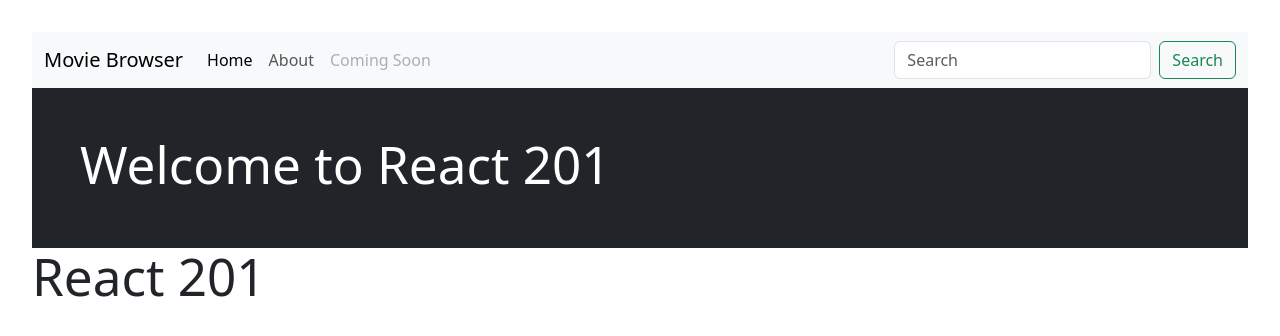
Repository: blordeus/movie-search-browser
Page: / (app in movie-browser/)
These files come from the project's save history. The page is drawn as it stood at one moment and after the next save; the edit follows.
The browser window is 1280 px wide. The pictures show the whole page.
The project was rebuilt for these pictures with package versions that can differ from the ones it lists, and the page was loaded fresh each time. Also part of the build but not shown: movie-browser/vite.config.js, movie-browser/src/components/About.jsx.

Above is the page before, as saved 2023-09-03 15:12:25.

### movie-browser/index.html
<!doctype html>
<html lang="en">
  <head>
    <meta charset="UTF-8" />
    <link rel="icon" type="image/svg+xml" href="/vite.svg" />
    <meta name="viewport" content="width=device-width, initial-scale=1.0" />
    <link href="https://cdn.jsdelivr.net/npm/bootstrap@5.3.1/dist/css/bootstrap.min.css" rel="stylesheet" integrity="sha384-4bw+/aepP/YC94hEpVNVgiZdgIC5+VKNBQNGCHeKRQN+PtmoHDEXuppvnDJzQIu9" crossorigin="anonymous">
    <title>Movie Browser</title>
  </head>
  <body>
    <div id="root"></div>
    <script type="module" src="/src/main.jsx"></script>
  </body>
</html>

### movie-browser/src/App.jsx
import './App.css'
import Home from './components/Home';
import NavBar from './components/Navbar';
import About from './components/About';
import Hero from './components/Hero';
import { Routes, Route } from 'react-router-dom';

function App() {

  return (
    <>
      <NavBar/>
      <Routes>
        <Route path='/' element={<Home/>}/>
        <Route path='/about' element={<About/>}/>
      </Routes>
    </>
  )
}

export default App

### movie-browser/src/index.css
:root {
  font-family: Inter, system-ui, Avenir, Helvetica, Arial, sans-serif;
  line-height: 1.5;
  font-weight: 400;

  color-scheme: light dark;
  color: rgba(255, 255, 255, 0.87);

  font-synthesis: none;
  text-rendering: optimizeLegibility;
  -webkit-font-smoothing: antialiased;
  -moz-osx-font-smoothing: grayscale;
  -webkit-text-size-adjust: 100%;
}

a {
  font-weight: 500;
  color: #646cff;
  text-decoration: inherit;
}
a:hover {
  color: #535bf2;
}

body {
  margin: 0;
}

h1 {
  font-size: 3.2em;
  line-height: 1.1;
}

button {
  border-radius: 8px;
  border: 1px solid transparent;
  padding: 0.6em 1.2em;
  font-size: 1em;
  font-weight: 500;
  font-family: inherit;
  background-color: #1a1a1a;
  cursor: pointer;
  transition: border-color 0.25s;
}
button:hover {
  border-color: #646cff;
}
button:focus,
button:focus-visible {
  outline: 4px auto -webkit-focus-ring-color;
}

@media (prefers-color-scheme: light) {
  :root {
    color: #213547;
    background-color: #ffffff;
  }
  a:hover {
    color: #747bff;
  }
  button {
    background-color: #f9f9f9;
  }
}

### movie-browser/src/components/Home.jsx
import Hero from "./Hero";

const Home = () => {
    return (
      <div>
        <Hero text="Welcome to React 201"/>
        <h1>React 201</h1>
      </div>
    );
  }

  export default Home;

### movie-browser/src/components/Navbar.jsx
import { Link } from "react-router-dom";
const Navbar = () => (
  <nav className="navbar navbar-expand-lg bg-body-tertiary">
    <div className="container-fluid">
      <Link className="navbar-brand" to="/">Movie Browser</Link>
      <button className="navbar-toggler" type="button" data-bs-toggle="collapse" data-bs-target="#navbarSupportedContent" aria-controls="navbarSupportedContent" aria-expanded="false" aria-label="Toggle navigation">
        <span className="navbar-toggler-icon"></span>
      </button>
      <div className="collapse navbar-collapse" id="navbarSupportedContent">
        <ul className="navbar-nav me-auto mb-2 mb-lg-0">
          <li className="nav-item">
            <Link className="nav-link active" aria-current="page" to="/">Home</Link>
          </li>
          <li className="nav-item">
            <Link className="nav-link" to="/about">About</Link>
          </li>
          <li className="nav-item">
            <Link className="nav-link disabled" aria-disabled="true">Coming Soon</Link>
          </li>
        </ul>
        <form className="d-flex" role="search">
          <input className="form-control me-2" type="search" placeholder="Search" aria-label="Search"/>
          <button className="btn btn-outline-success" type="submit">Search</button>
        </form>
      </div>
    </div>
  </nav>
);

export default Navbar;

### movie-browser/src/components/Hero.jsx
const Hero = ({text}) => {
    return (
        <header className="bg-dark text-white p-5">
            <h1>{text}</h1>
        </header>
    );
}

export default Hero;

Loaded but not shown: movie-browser/src/main.jsx (common file); movie-browser/src/App.css (common file)

After the next save:
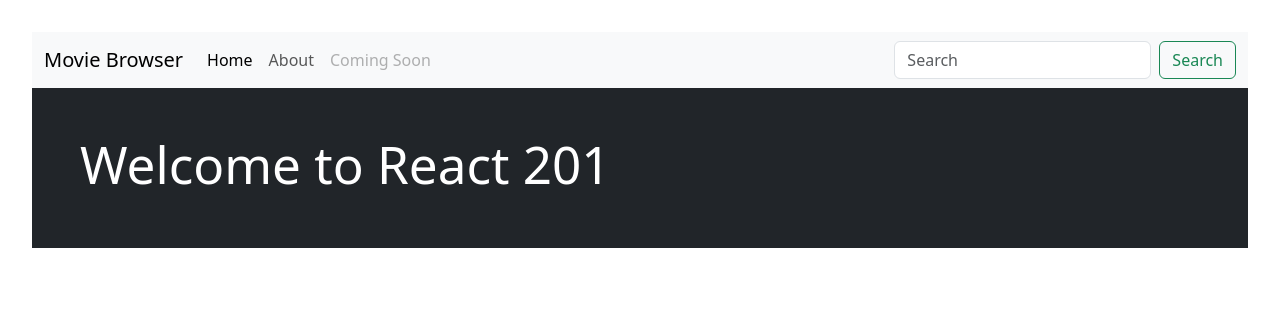
Saved 5 s later.
--- a/movie-browser/src/components/Home.jsx
+++ b/movie-browser/src/components/Home.jsx
@@ -4,7 +4,6 @@
     return (
       <div>
         <Hero text="Welcome to React 201"/>
-        <h1>React 201</h1>
       </div>
     );
   }
